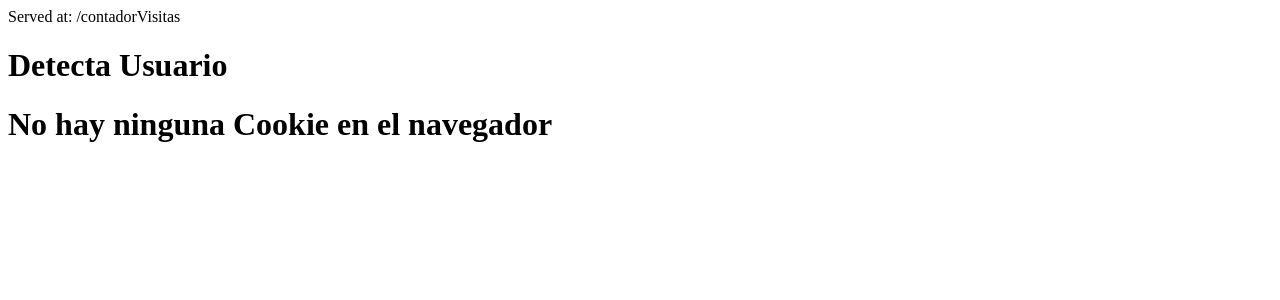
Repository: alvaroteja/ServidorJava
Page: http://localhost/contadorVisitas/Contador
These files come from the project's save history. The page is drawn as it stood at one moment and after the next save; the edit follows.
The browser window is 1280 px wide. The pictures show the whole page.
The page is served by Tomcat 10.

Above is the page before, as saved 2023-01-23 08:04:41.

### contadorVisitas/src/main/java/Contador.java

import jakarta.servlet.ServletException;
import jakarta.servlet.annotation.WebServlet;
import jakarta.servlet.http.Cookie;
import jakarta.servlet.http.HttpServlet;
import jakarta.servlet.http.HttpServletRequest;
import jakarta.servlet.http.HttpServletResponse;
import java.io.IOException;
import java.io.PrintWriter;

/**
 * Servlet implementation class Contador
 */
public class Contador extends HttpServlet {
	private static final long serialVersionUID = 1L;

	/**
	 * @see HttpServlet#HttpServlet()
	 */
	public Contador() {
		super();
		// TODO Auto-generated constructor stub
	}

	/**
	 * @see HttpServlet#doGet(HttpServletRequest request, HttpServletResponse
	 *      response)
	 */
	protected void doGet(HttpServletRequest request, HttpServletResponse response)
			throws ServletException, IOException {
		// TODO Auto-generated method stub
		response.getWriter().append("Served at: ").append(request.getContextPath());

		// TODO Auto-generated method stub

		response.setContentType("text/html;charset=UTF-8");
		PrintWriter out = response.getWriter();


		request.setAttribute("contador", "1");
		request.getRequestDispatcher("/respuesta.jsp");

		try {
			out.println("<html>");
			out.println("<head>");
			out.println("<title>DetectaUsuario</title>");
			out.println("</head>");
			out.println("<body>");
			out.println("<h1>Detecta Usuario</h1>");

			int i;
			if (request.getCookies() != null) {

				Cookie[] arrayCookies = request.getCookies();
				String contenidoCookie = "";
				int longitud = arrayCookies.length;

				boolean cookieEncontrada = false;

				if (arrayCookies != null && longitud > 0) {
					for (i = 0; i < longitud && !cookieEncontrada; i++) {
						String nombreCookie = arrayCookies[i].getName();
						if (nombreCookie.equals("cont")) {
							cookieEncontrada = true;
							contenidoCookie = arrayCookies[i].getValue();
						}
					}

					if (cookieEncontrada) {
						out.println("<h1>Hola usuario, tu Cookie es " + contenidoCookie + "</h1>");
						aumentarContador(contenidoCookie, response, request);
					} else {
						out.print("<h1>El usuario no tiene la cookie uid.</h1>");
						crearCookie("cont", response, request);
					}
				} else {
					out.print("<h1>No hay ninguna Cookie</h1>");
					crearCookie("cont", response, request);
				}
			} else {
				out.print("<h1>No hay ninguna Cookie en el navegador</h1>");
				crearCookie("cont", response, request);
			}
		} catch (Exception e) {
			out.println("Se produce una excepci�n <br />");
			e.printStackTrace(out);
		} finally {
			out.close();
		}
	}

	/**
	 * @see HttpServlet#doPost(HttpServletRequest request, HttpServletResponse
	 *      response)
	 */
	protected void doPost(HttpServletRequest request, HttpServletResponse response)
			throws ServletException, IOException {
		// TODO Auto-generated method stub
		doGet(request, response);
	}

	protected void crearCookie(String nombreCookie, HttpServletResponse response, HttpServletRequest request) {
		Cookie contador = new Cookie(nombreCookie, "1");
		response.addCookie(contador);
		request.setAttribute("contador", "1");
		request.getRequestDispatcher("/respuesta.jsp");
	}

	protected void aumentarContador(String contenidoCookie, HttpServletResponse response, HttpServletRequest request) {
		int n = Integer.parseInt(contenidoCookie);
		n++;
		Cookie contador = new Cookie("cont", Integer.toString(n));
		response.addCookie(contador);

		request.setAttribute("contador", Integer.toString(n));
		request.getRequestDispatcher("/respuesta.jsp");
	}
}

### contadorVisitas/src/main/webapp/respuesta.jsp
<%@ page language="java" contentType="text/html; charset=ISO-8859-1"
    pageEncoding="ISO-8859-1"%>
<!DOCTYPE html>
<html>
<head>
<meta charset="ISO-8859-1">
<title>Insert title here</title>
</head>
<body>
<h1>Esto es respuesta</h1>
</body>
</html>

After the next save:
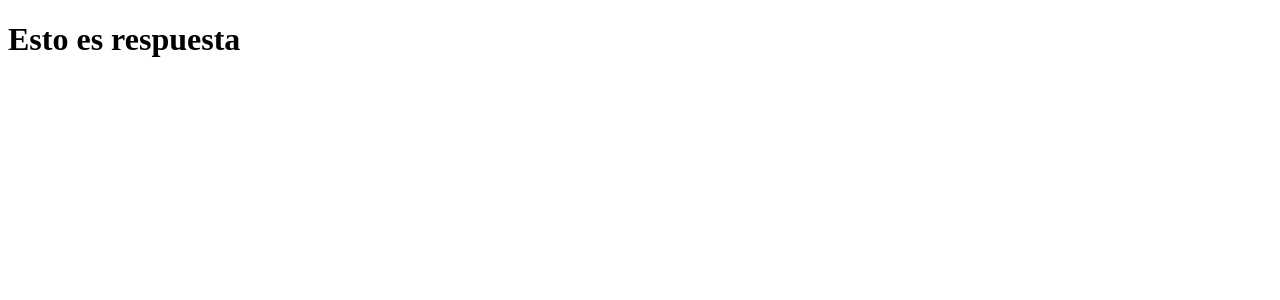
Saved 76 s later.
--- a/contadorVisitas/src/main/java/Contador.java
+++ b/contadorVisitas/src/main/java/Contador.java
@@ -1,4 +1,5 @@
 
+import jakarta.servlet.RequestDispatcher;
 import jakarta.servlet.ServletException;
 import jakarta.servlet.annotation.WebServlet;
 import jakarta.servlet.http.Cookie;
@@ -37,8 +38,9 @@ public class Contador extends HttpServlet {
 		PrintWriter out = response.getWriter();
 
 
-		request.setAttribute("contador", "1");
-		request.getRequestDispatcher("/respuesta.jsp");
+		request.setAttribute("cont", "1");
+		RequestDispatcher dispatcher = getServletContext().getRequestDispatcher("/respuesta.jsp");
+		dispatcher.forward(request, response);
 
 		try {
 			out.println("<html>");
